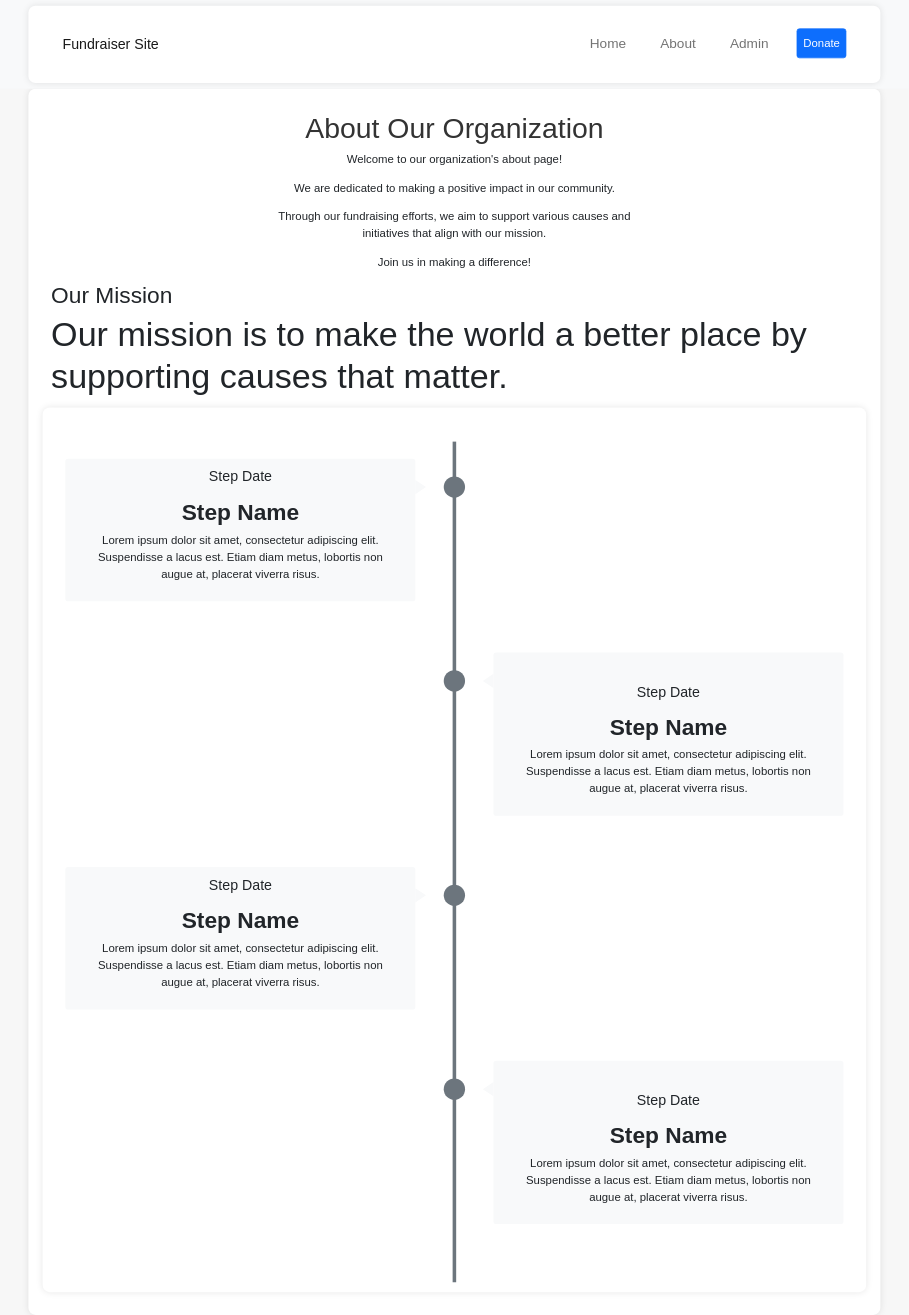
Repository: DragonFruit8/Fundraiser-Page
Page: /about
These files come from the project's save history. The page is drawn as it stood at one moment and after the next save; the edit follows.
The browser window is 1280 px wide. The pictures show the whole page, at 71% of full size.
The project was rebuilt for these pictures with package versions that can differ from the ones it lists, and the page was loaded fresh each time. Also part of the build but not shown: src/pages/HomeContainer.js, src/pages/Donate.js, src/pages/Admin.js.

Above is the page before, as saved 2024-07-19 14:03:30.

After the next save:
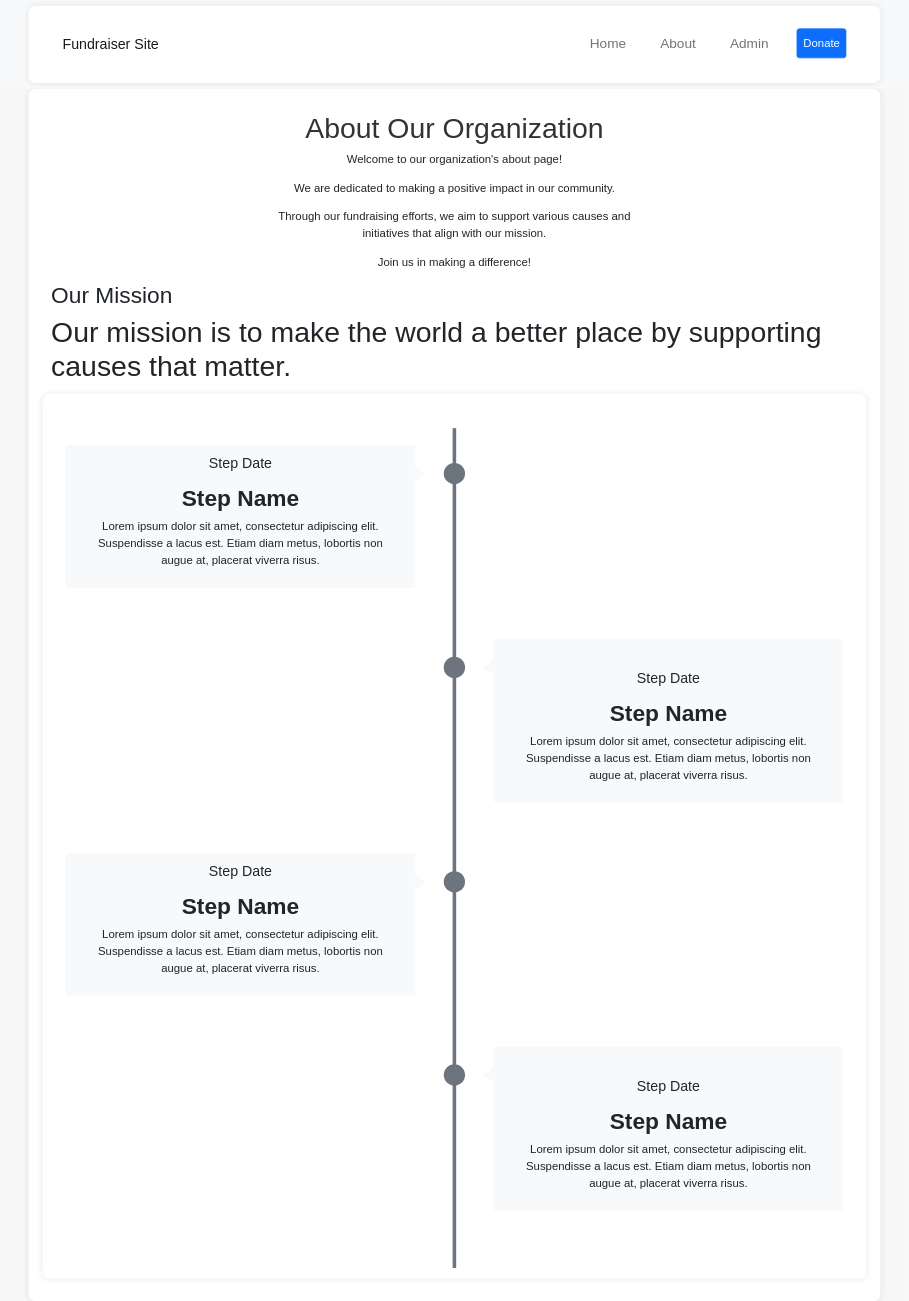
Saved 8 s later.
--- a/src/pages/About.js
+++ b/src/pages/About.js
@@ -123,7 +123,7 @@ const About = () => {
                     </div>
                 </div>
                 <div className="row justify-content-center align-items-center">
-                    <div className="col-md-12 display-5 text-start" style={{ textAlign: 'center' }}>
+                    <div className="col-md-12 display-6 text-start" style={{ textAlign: 'center' }}>
                         <h2 className="display-7">Our Mission</h2>
                         <p>Our mission is to make the world a better place by supporting causes that matter.</p>
                     </div>
